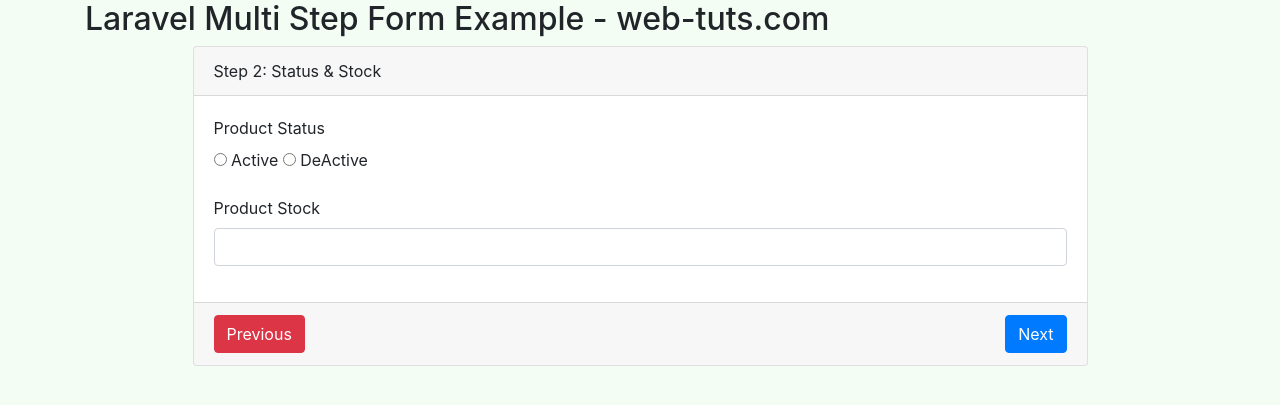
Repository: themrvideouser/multipartform
Page: http://localhost/products/create-step-two
The author's editor kept a copy of each file at every save. The page is drawn from the files as they stood at one save, then again after the next save.
The browser window is 1280 px wide. The pictures show the whole page.
The page is served by the project's Laravel application, run on PHP 8.4 with Laravel 8.

Above is the page before, as saved 2022-11-28 10:13:43.

After the next save:
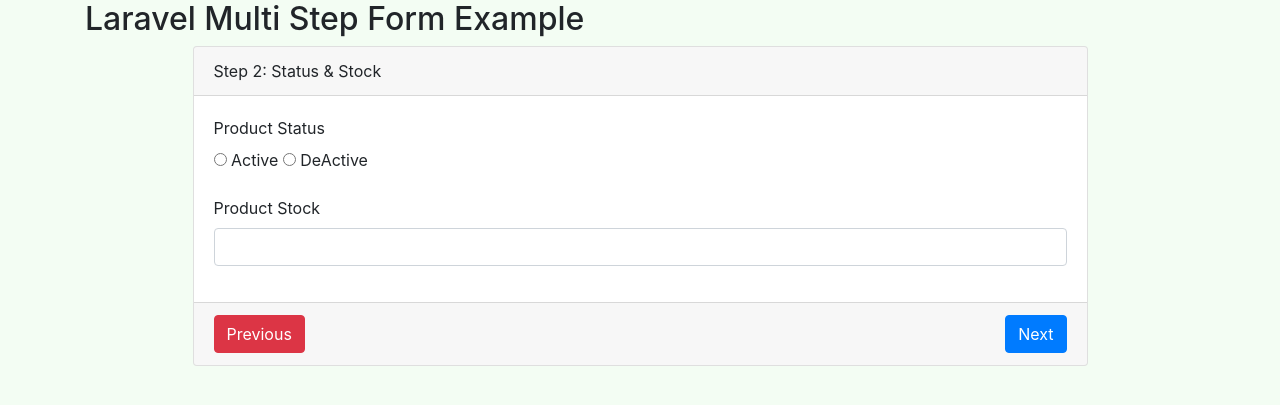
Saved 17 min 45 s later.
--- a/resources/views/layout/default.blade.php
+++ b/resources/views/layout/default.blade.php
@@ -1,12 +1,12 @@
 <html>
     <head>
-        <title>Multi Step Form Example In Laravel- web-tuts.com</title>
+        <title>Multi Step Form Example In Laravel</title>
         <meta name="csrf-token" content="{{ csrf_token() }}">
         <link rel="stylesheet" href="https://cdnjs.cloudflare.com/ajax/libs/twitter-bootstrap/4.1.3/css/bootstrap.min.css" />
     </head>
     <body style="background-color: #f3fdf3">
         <div class="container">
-            <h2> Laravel Multi Step Form Example - web-tuts.com</h2>
+            <h2> Laravel Multi Step Form Example</h2>
             @yield('content')
         </div>
     </body>
